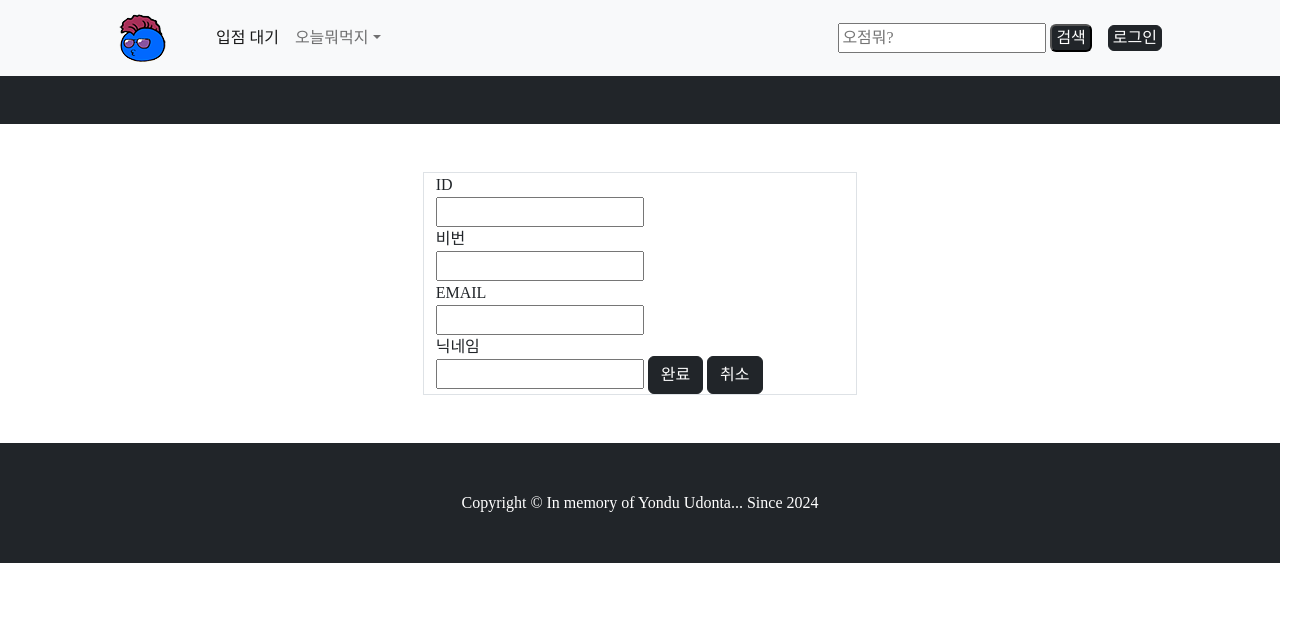
Repository: ashwan94/ydzone
Page: http://localhost/YonduZone/signUp
The author's editor kept a copy of each file at every save. The page is drawn from the files as they stood at one save, then again after the next save.
The browser window is 1280 px wide. The page is 1292 px wide, so the pictures cover 1292 px, including what lies to the right of the window. The pictures show the whole page.
Some web fonts or font styles are not loaded; a fallback is used. The page is served by Tomcat 9.

Above is the page before, as saved 2024-05-01 11:03:03.

After the next save:
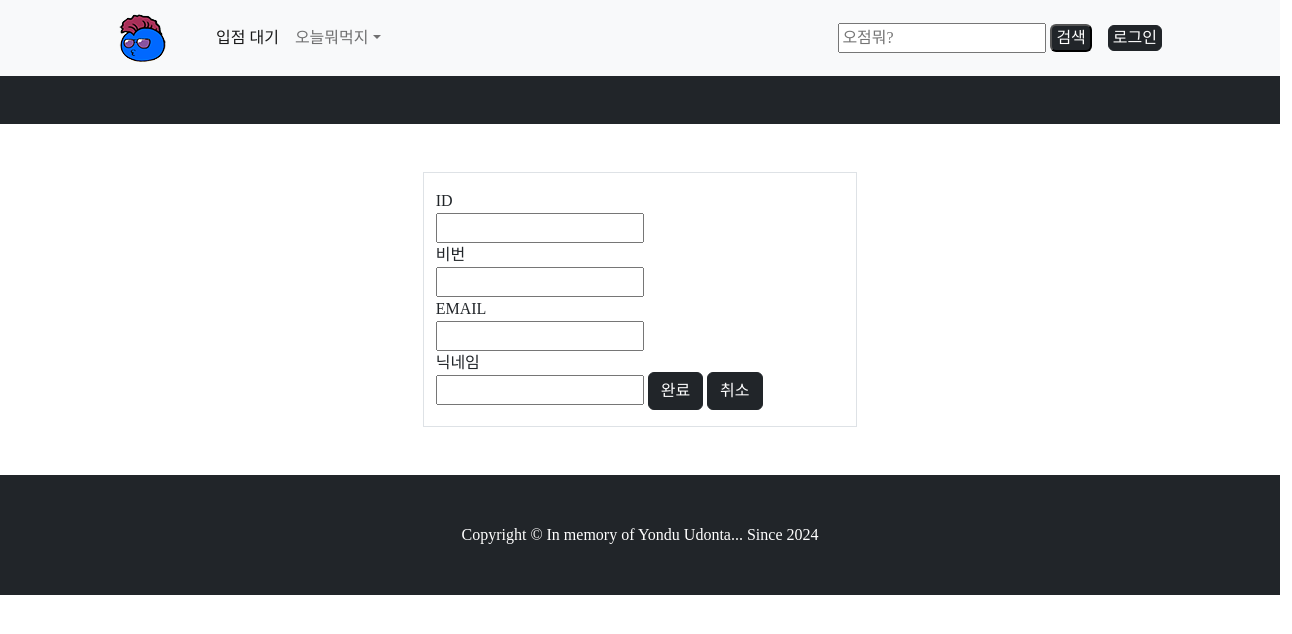
Saved 7 s later.
--- a/YonduZone/src/main/webapp/WEB-INF/views/common/signUp.jsp
+++ b/YonduZone/src/main/webapp/WEB-INF/views/common/signUp.jsp
@@ -6,7 +6,7 @@
 
 <div class="row my-5">
 	<div class="col-4"></div>
-	<div class="col-4 border">
+	<div class="col-4 border py-3">
 		<form action="/signUp" method="post" id="signUpForm">
 			<label>
 				<div>ID</div>
